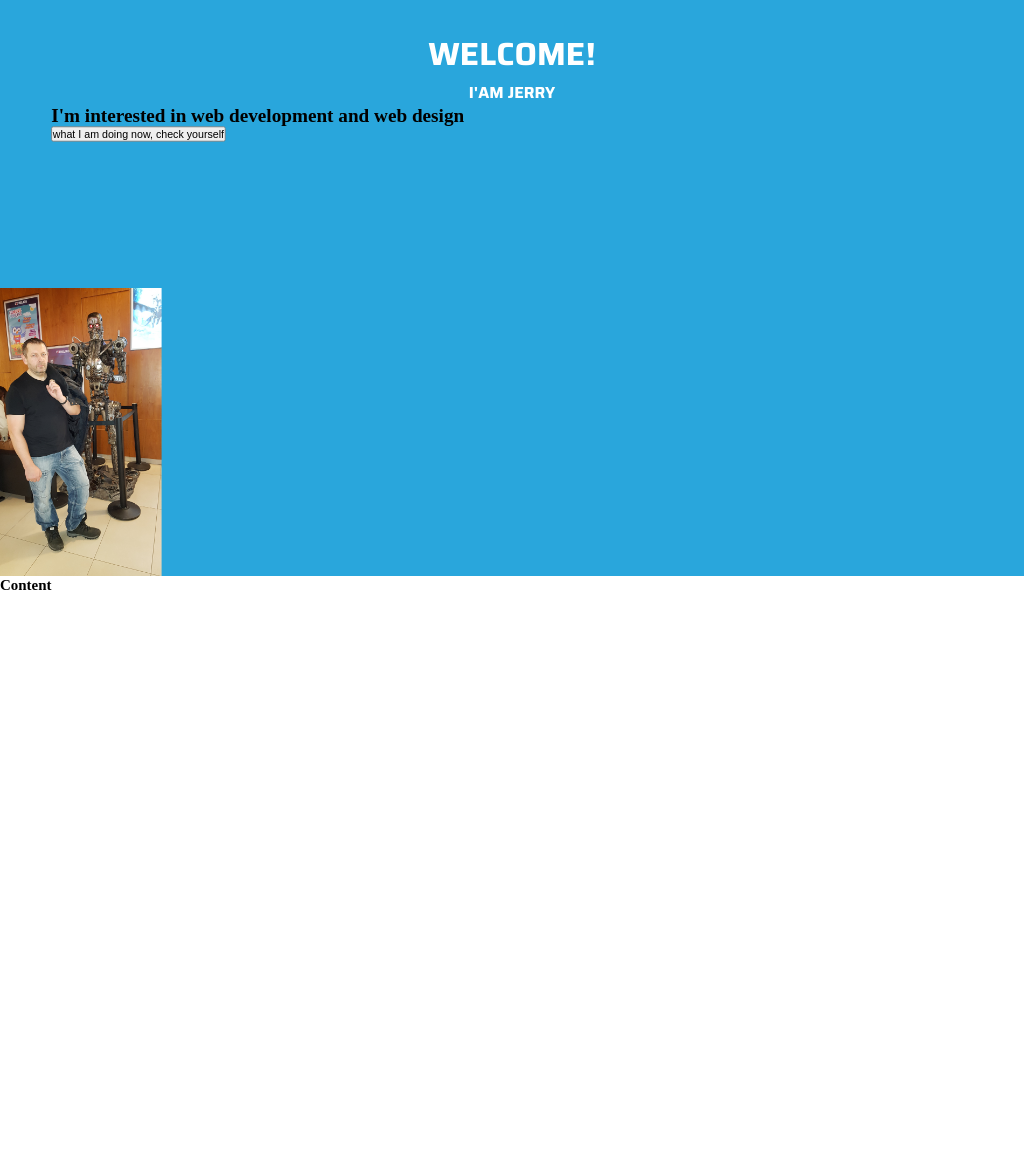
Repository: navanweb/dev
Page: jerry.html
These files come from the project's save history. The page is drawn as it stood at one moment and after the next save; the edit follows.
The browser window is 1280 px wide. The pictures show the whole page, at 80% of full size.

Above is the page before, as saved 2019-04-06 18:44:07.

### jerry.html
<!DOCTYPE html>
<html>

<head>
  <meta charset="UTF-8">
  <meta name="viewport" content="width=device-width, initial-scale=1.0">
  <meta http-equiv="X-UA-Compatible" content="ie=edge">
  <title>Jerry</title>
  <link href="https://fonts.googleapis.com/css?family=Saira:400,700" rel="stylesheet">
  <link rel="stylesheet" type="text/css" href="css/jerry.css">
</head>

<body>
  <header>
    <div class="welcome">
      <p>welcome!</p>
      <h1>I'am Jerry</h1>
      <h2>I'm interested in web development and web design</h2>
      <button>what I am doing now, check yourself</button>
    </div>
    <img src="images/jerry.jpg" alt="Jerry photo PCWitcher">
  </header>
  <h3>Content</h3>
</body>

</html>

### css/jerry.css
/* font-family: 'Saira', sans-serif; */

* {
    margin: 0;
    padding: 0;
    box-sizing: border-box;
}

header {
    position: relative;
    background-color: #29a6dc;
    height: 100vh;
    /* overflow: hidden; */
    /* max-width: 1920px; */
    /* margin: 0 auto; */
}

header>* {
    position: absolute;
}

header img {
    height: 50%;
    bottom: 0;
    /* right: 0; */
}

header .welcome {
    top: 5%;
    left: 5%;
    right: 5%;
}

header p {
    text-align: center;
    font-family: 'Saira', sans-serif;
    font-weight: bold;
    font-size: 40px;
    color: white;
    text-transform: uppercase;
}

header h1 {
    text-align: center;
    font-family: 'Saira', sans-serif;
    font-weight: bold;
    font-size: 20px;
    color: white;
    text-transform: uppercase;
}

h3 {
    height: 100vh;
}

After the next save:
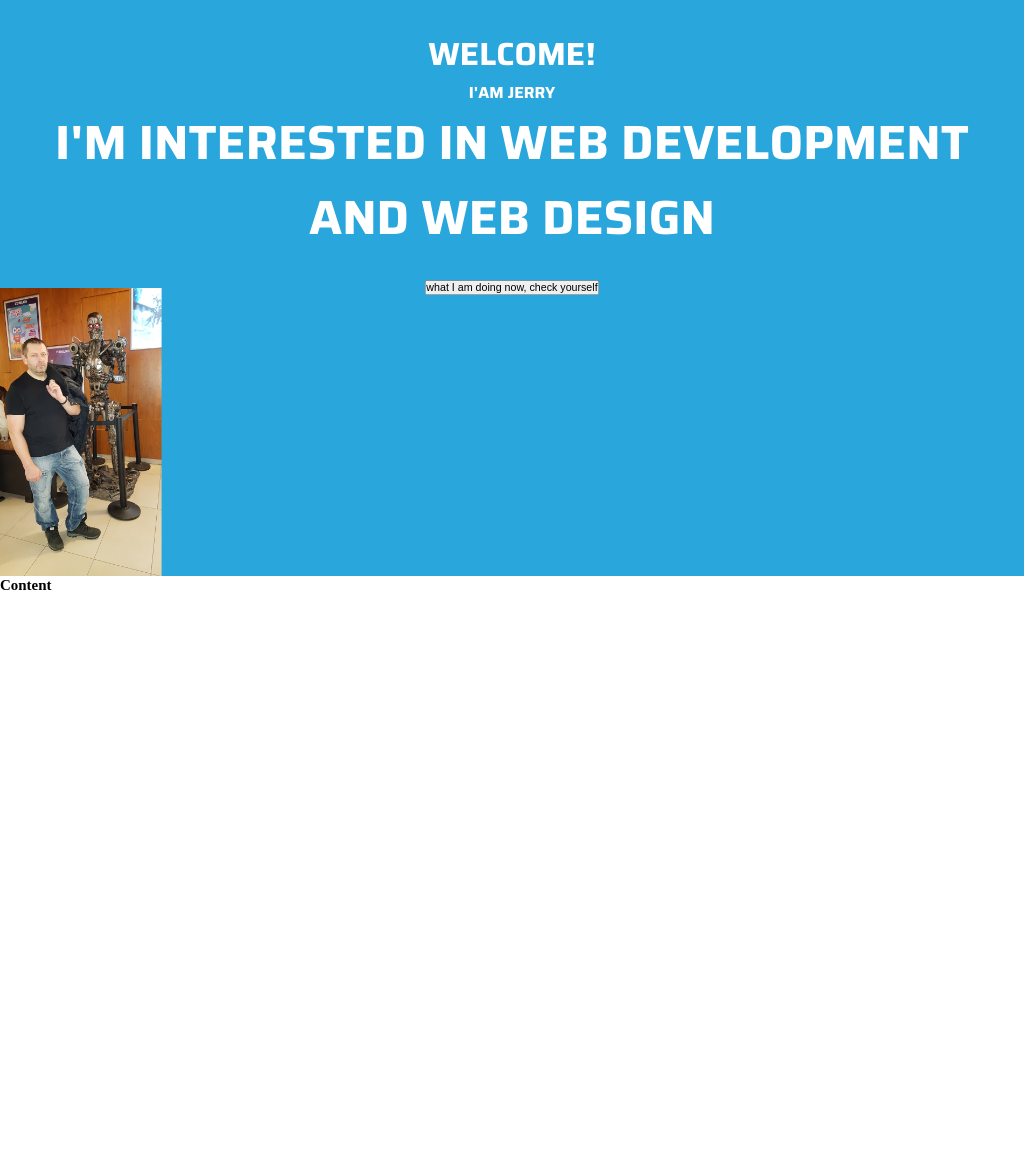
Saved 2 min 25 s later.
--- a/css/jerry.css
+++ b/css/jerry.css
@@ -31,7 +31,7 @@
     right: 5%;
 }
 
-header p {
+header div {
     text-align: center;
     font-family: 'Saira', sans-serif;
     font-weight: bold;
